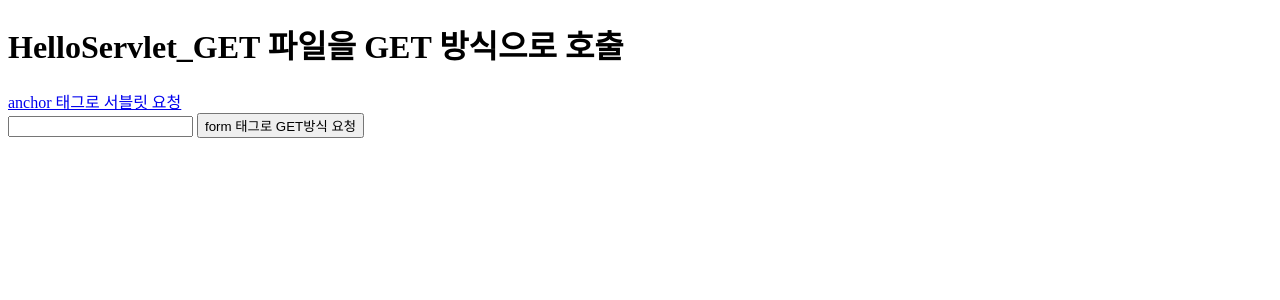
Repository: DistincTao/JSP
Page: http://localhost/JSPBasic/helloServletGet.jsp
The author's editor kept a copy of each file at every save. The page is drawn from the files as they stood at one save, then again after the next save.
The browser window is 1280 px wide. The pictures show the whole page.
The page is served by Tomcat 9. Nobody is signed in. The application's start-up code is not run. Other server files are loaded and not shown.

Above is the page before, as saved 2023-12-11 04:05:02.

### JSPBasic/src/main/webapp/helloServletGet.jsp
<%@ page language="java" contentType="text/html; charset=UTF-8"
	pageEncoding="UTF-8"%>
<!DOCTYPE html>
<html lang="KO">
<head>
<meta charset="UTF-8">
<title>GET 방식으로 요청하기</title>
</head>
<body>
	<h1>HelloServlet_GET 파일을 GET 방식으로 호출</h1>
	<div>
		<a href="./hGET?name=둘리">anchor 태그로 서블릿 요청</a>
	</div>

	<div>
		<form action ="./hGET" method = "GET">
			<input type="text" name="name">
			<button type="submit">form 태그로 GET방식 요청</button>
		</form>
	</div>
</body>
</html>

After the next save:
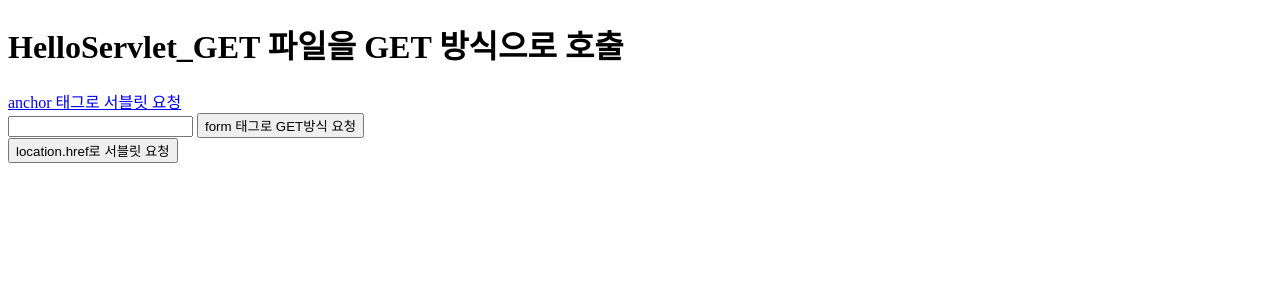
Saved 2 min 4 s later.
--- a/JSPBasic/src/main/webapp/helloServletGet.jsp
+++ b/JSPBasic/src/main/webapp/helloServletGet.jsp
@@ -5,6 +5,11 @@
 <head>
 <meta charset="UTF-8">
 <title>GET 방식으로 요청하기</title>
+<script type="text/javascript">
+	function callServlet () {
+		location.href = "./hGET?name=길동";
+	}
+</script>
 </head>
 <body>
 	<h1>HelloServlet_GET 파일을 GET 방식으로 호출</h1>
@@ -18,5 +23,7 @@
 			<button type="submit">form 태그로 GET방식 요청</button>
 		</form>
 	</div>
+
+	<button onclick="callServlet();">location.href로 서블릿 요청</button>
 </body>
 </html>
